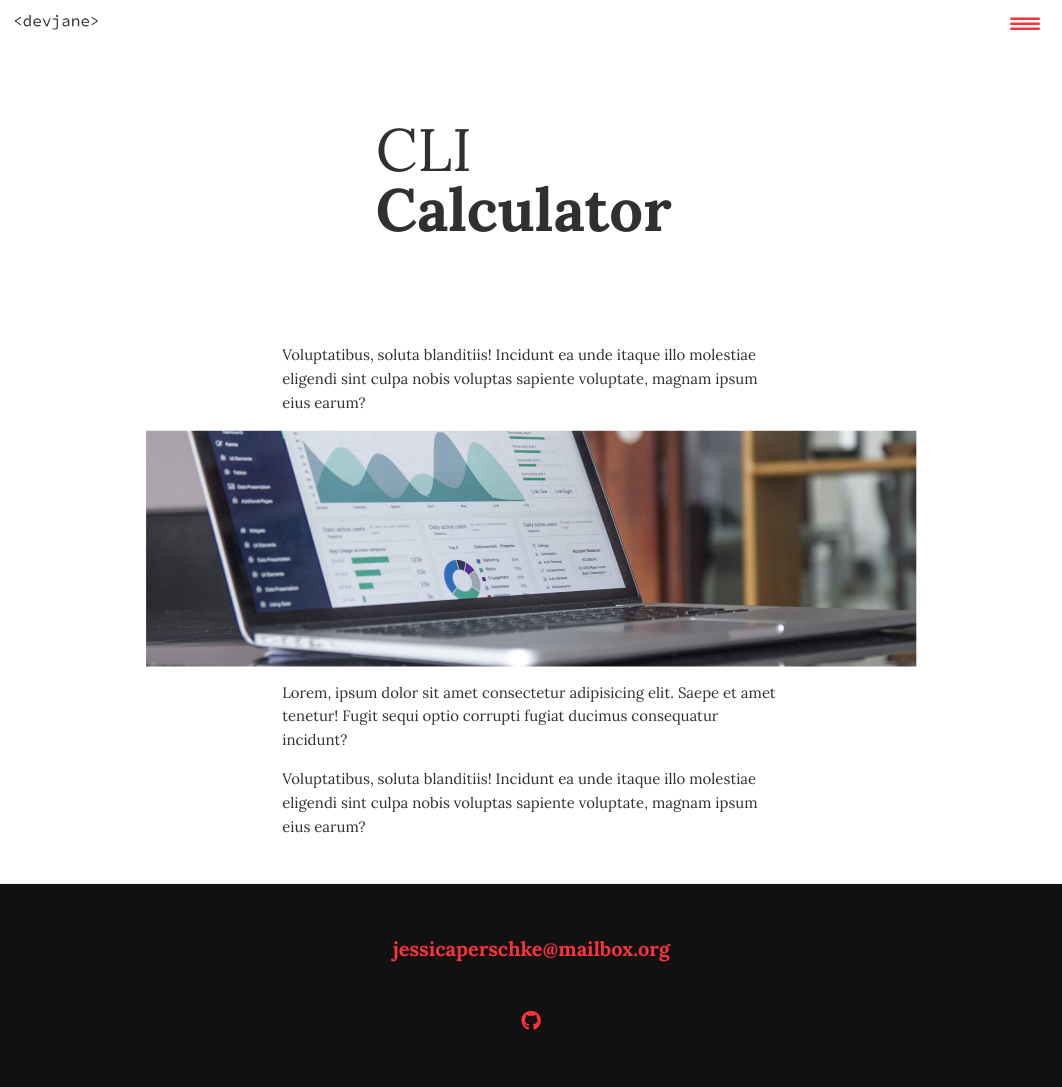
Repository: DinoDime/site
Page: portfolio-item3.html
The author's editor kept a copy of each file at every save. The page is drawn from the files as they stood at one save, then again after the next save.
The browser window is 1280 px wide. The pictures show the whole page, at 83% of full size.
Some web libraries are served in a nearby version.

Above is the page before, as saved 2021-05-03 09:48:17.

### portfolio-item3.html
<!DOCTYPE html>
<html lang="en">
  <head>
    <link
      rel="stylesheet"
      href="https://cdnjs.cloudflare.com/ajax/libs/normalize/8.0.1/normalize.css"
    />
    <meta charset="UTF-8" />
    <meta name="viewport" content="width=device-width, initial-scale=1.0" />
    <title>Jess' Portfolio</title>
    <link
      rel="stylesheet"
      href="https://cdnjs.cloudflare.com/ajax/libs/normalize/7.0.0/normalize.min.css"
    />
    <link
      rel="stylesheet"
      href="https://cdnjs.cloudflare.com/ajax/libs/font-awesome/5.11.2/css/all.css"
      integrity="sha256-46qynGAkLSFpVbEBog43gvNhfrOj+BmwXdxFgVK/Kvc="
      crossorigin="anonymous"
    />

    <!-- Update these with your own fonts -->
    <link
      href="https://fonts.googleapis.com/css?family=Lora:400,700|Roboto+Slab:400,700&display=swap"
      rel="stylesheet"
    />

    <link rel="stylesheet" href="css/style.css" />
  </head>
  <body>
    <header>
      <div class="logo">
        <img src="img/devjane.png" alt="" />
      </div>
      <!--Hamburger button-->
      <button class="nav-toggle" aria-label="toggle navigation">
        <span class="hamburger"></span>
      </button>
      <nav class="nav">
        <ul class="nav__list">
          <li class="nav__item">
            <a href="index.html" class="nav__link">Home</a>
          </li>
          <li class="nav__item">
            <a href="index.html#Skills" class="nav__link">Skills</a>
          </li>
          <li class="nav__item">
            <a href="index.html#about" class="nav__link">About me</a>
          </li>
          <li class="nav__item">
            <a href="index.html#work" class="nav__link">My Work</a>
          </li>
        </ul>
      </nav>
    </header>

    <section class="intro">
      <h1 class="section__title section__title--intro">
        CLI <strong>Calculator</strong>
      </h1>
    </section>

    <div class="portfolio-item-individual">
      <p>
        Voluptatibus, soluta blanditiis! Incidunt ea unde itaque illo molestiae
        eligendi sint culpa nobis voluptas sapiente voluptate, magnam ipsum eius
        earum?
      </p>
      <img src="img/portfolio-details.jpg" alt="" />
      <p>
        Lorem, ipsum dolor sit amet consectetur adipisicing elit. Saepe et amet
        tenetur! Fugit sequi optio corrupti fugiat ducimus consequatur incidunt?
      </p>
      <p>
        Voluptatibus, soluta blanditiis! Incidunt ea unde itaque illo molestiae
        eligendi sint culpa nobis voluptas sapiente voluptate, magnam ipsum eius
        earum?
      </p>
    </div>

    <!-- Footer -->
    <footer class="footer">
      <!-- replace with your own email address -->
      <a href="mailto:jessicaperschke@mailbox.org" class="footer__link"
        >jessicaperschke@mailbox.org</a
      >
      <ul class="social-list">
        <li class="social-list__item">
          <a class="social-list__link" href="https://github.com/jl-perschke">
            <i class="fab fa-github"></i>
          </a>
        </li>
      </ul>
    </footer>

    <script src="js/index.js"></script>
  </body>
</html>

### css/style.css
*,
*::before,
*::after {
    box-sizing: border-box;
}

/* Custom Properties, update these for your own design */

:root {
    --ff-primary: 'Lora', serif;
    --ff-secondary: 'Roboto Slab', serif;

    --fw-reg: 400;
    --fw-bold: 700;

    --clr-light: #fff;
    --clr-dark: #303030;
    --clr-accent: #f8333c;

    --fs-h1: 3rem;
    --fs-h2: 2.25rem;
    --fs-h3: 1.25rem;
    --fs-body: 1rem;

    --bs: 0.25em 0.25em 0.75em rgba(0,0,0,.25),
          0.125em 0.125em 0.25em rgba(0,0,0,.15);
}

@media (min-width: 800px) {
    :root {
        --fs-h1: 4.5rem;
        --fs-h2: 3.75rem;
        --fs-h3: 1.5rem;
        --fs-body: 1.125rem;
    }
}

/* General styles */

/* endable this to add smooth scrolling */
/* html {
    scroll-behavior: smooth;
} */


body {
    background: var(--clr-light);
    color: var(--clr-dark);
    margin: 0;
    font-family: var(--ff-primary);
    font-size: var(--fs-body);
    line-height: 1.6;
}

section {
    padding: 5em 2em;
}

img {
    display: block;
    max-width: 100%;
}

strong { font-weight: var(--fw-bold) }

:focus {
    outline: 3px solid var(--clr-accent);
    outline-offset: 3px;
}

/* Buttons */

.btn {
    display: inline-block;
    padding: .5em 2.5em;
    background: var(--clr-accent);
    color: var(--clr-dark);
    text-decoration: none;
    cursor: pointer;
    font-size: .8rem;
    text-transform: uppercase;
    letter-spacing: 2px;
    font-weight: var(--fw-bold);
    transition: transform 200ms ease-in-out;
}

.btn:hover {
    transform: scale(1.1);
}

/* Typography */

h1,
h2,
h3 {
    line-height: 1;
    margin: 0;
}

h1 { font-size: var(--fs-h1) }
h2 { font-size: var(--fs-h2) }
h3 { font-size: var(--fs-h3) }


.section__title {
    margin-bottom: .25em;
}

.section__title--intro {
    font-weight: var(--fw-reg);
}

.section__title--intro strong {
    display: block;
}

.section__subtitle {
    margin: 0;
    font-size: var(--fs-h3);
}

.section__subtitle--intro,
.section__subtitle--about {
    background: var(--clr-accent);
    padding: .25em 1em;
    font-family: var(--ff-secondary);
    margin-bottom: 1em;
}

.section__subtitle--work {
    color: var(--clr-accent);
    font-weight: var(--fw-bold);
    margin-bottom: 2em;
}

/* header */

header {
    display: flex;
    justify-content: space-between;
    padding: 1em;
}

.logo {
    max-width: 100px;
}

.nav {
    position: fixed;
    background: var(--clr-dark);
    color: var(--clr-light);
    top: 0;
    bottom: 0;
    left: 0;
    right: 0;
    z-index: 100;

    transform: translateX(100%);
    transition: transform 250ms cubic-bezier(.5, 0, .5, 1);
}

.nav__list {
    list-style: none;
    display: flex;
    height: 100%;
    flex-direction: column;
    justify-content: space-evenly;
    align-items: center;
    margin: 0;
    padding: 0;
}

.nav__link {
    color: inherit;
    font-weight: var(--fw-bold);
    font-size: var(--fs-h2);
    text-decoration: none;
}

.nav__link:hover {
    color: var(--clr-accent);
}

.nav-toggle {
    padding: .5em;
    background: transparent;
    border: 0;
    cursor: pointer;
    position: absolute;
    right: 1em;
    top: 1em;
    z-index: 1000;
}

.nav-open .nav {
    transform: translateX(0);
}

.nav-open .nav-toggle {
    position: fixed;
}

.nav-open .hamburger {
    transform: rotate(.625turn);
}

.nav-open .hamburger::before {
    transform: rotate(90deg) translateX(-6px);
}

.nav-open .hamburger::after {
    opacity: 0;
}






.hamburger {
    display: block;
    position: relative;
}

.hamburger,
.hamburger::before,
.hamburger::after {
    background: var(--clr-accent);
    width: 2em;
    height: 3px;
    border-radius: 1em;
    transition: transform 250ms ease-in-out;
}


.hamburger::before,
.hamburger::after {
    content: '';
    position: absolute;
    left: 0;
    right: 0;
}

.hamburger::before { top: 6px; }
.hamburger::after { bottom: 6px; }


/*  Intro section  */

.intro {
    position: relative;
}

.intro__img {
    box-shadow: var(--bs);
}

.section__subtitle--intro {
    display: inline-block;
}

@media (min-width: 600px) {
    .intro {
        display: grid;
        width: min-content;
        margin: 0 auto;
        grid-column-gap: 1em;
        grid-template-areas:
            "img title"
            "img subtitle";
        grid-template-columns: min-content max-content;
    }

    .intro__img {
        grid-area: img;
        min-width: 250px;
        position: relative;
        z-index: 2;
    }

    .section__subtitle--intro {
        align-self: start;
        grid-column: -1 / 1;
        grid-row: 2;
        text-align: right;
        position: relative;
        left: -1.5em;
        width: calc(100% + 1.5em);
    }
}



/*  My services section  */

.my-services {
    background-color: var(--clr-dark);
    background-image: url(../img/services-bg.jpg);
    background-size: cover;
    /* background-blend-mode: multiply; */
    color: var(--clr-light);
    text-align: center;
}

.section__title--services {
    color: var(--clr-accent);
    position: relative;
}

.section__title--services::after {
    content: '';
    display: block;
    width: 2em;
    height: 1px;
    margin: 0.5em auto 1em;
    background: var(--clr-light);
    opacity: 0.25;
}

.services {
    margin-bottom: 4em;
}

.service {
    max-width: 500px;
    margin: 0 auto;
}

@media (min-width: 800px) {
    .services {
        display: flex;
        max-width: 1000px;
        margin-left: auto;
        margin-right: auto;
    }

    .service + .service {
        margin-left: 2em;
    }
}


.about-me {
    max-width: 1000px;
    margin: 0 auto;
}

.about-me__img {
    box-shadow: var(--bs);
}

@media (min-width: 600px) {
    .about-me {
        display: grid;
        grid-template-columns: 1fr 200px;
        grid-template-areas:
            "title img"
            "subtitle img"
            "text img";
        grid-column-gap: 2em;
    }

    .section__title--about {
        grid-area: title;
    }

    .section__subtitle--about {
        grid-column: 1 / -1;
        grid-row: 2;
        position: relative;
        left: -1em;
        width: calc(100% + 2em);
        padding-left: 1em;
        padding-right: calc(200px + 4em);
    }

    .about-me__img {
        grid-area: img;
        position: relative;
        z-index: 2;
    }
}

/* My Work */

.my-work {
    background-color: var(--clr-dark);
    color: var(--clr-light);
    text-align: center;
}

.portfolio {
    display: grid;
    grid-template-columns: repeat(auto-fit, minmax(300px, 1fr));
}

.portfolio__item {
    background: var(--clr-accent);
    overflow: hidden;
}

.portfolio__img {
    transition:
        transform 750ms cubic-bezier(.5, 0, .5, 1),
        opacity 250ms linear;
}

.portfolio__item:focus {
    position: relative;
    z-index: 2;
}

.portfolio__img:hover,
.portfolio__item:focus .portfolio__img {
    transform: scale(1.2);
    opacity: .5;
}


/* footer */

.footer {
    background: #111;
    color: var(--clr-accent);
    text-align: center;
    padding: 2.5em 0;
    font-size: var(--fs-h3);

}

.footer a {
    color: inherit;
    text-decoration: none;
}

.footer__link {
    font-weight: var(--fw-bold);
}

.footer__link:hover,
.social-list__link:hover {
    opacity: .7;
}

.footer__link:hover {
    text-decoration: underline;
}

.social-list {
    list-style: none;
    display: flex;
    justify-content: center;
    margin: 2em 0 0;
    padding: 0;
}

.social-list__item {
    margin: 0 .5em;
}

.social-list__link {
    padding: .5em;
}


/* Individual portfolio item styles */

.portfolio-item-individual {
    padding: 0 2em 2em;
    max-width: 1000px;
    margin: 0 auto;
}

.portfolio-item-individual p {
    max-width: 600px;
    margin-left: auto;
    margin-right: auto;
}

Loaded but not shown: js/index.js (common file)

After the next save:
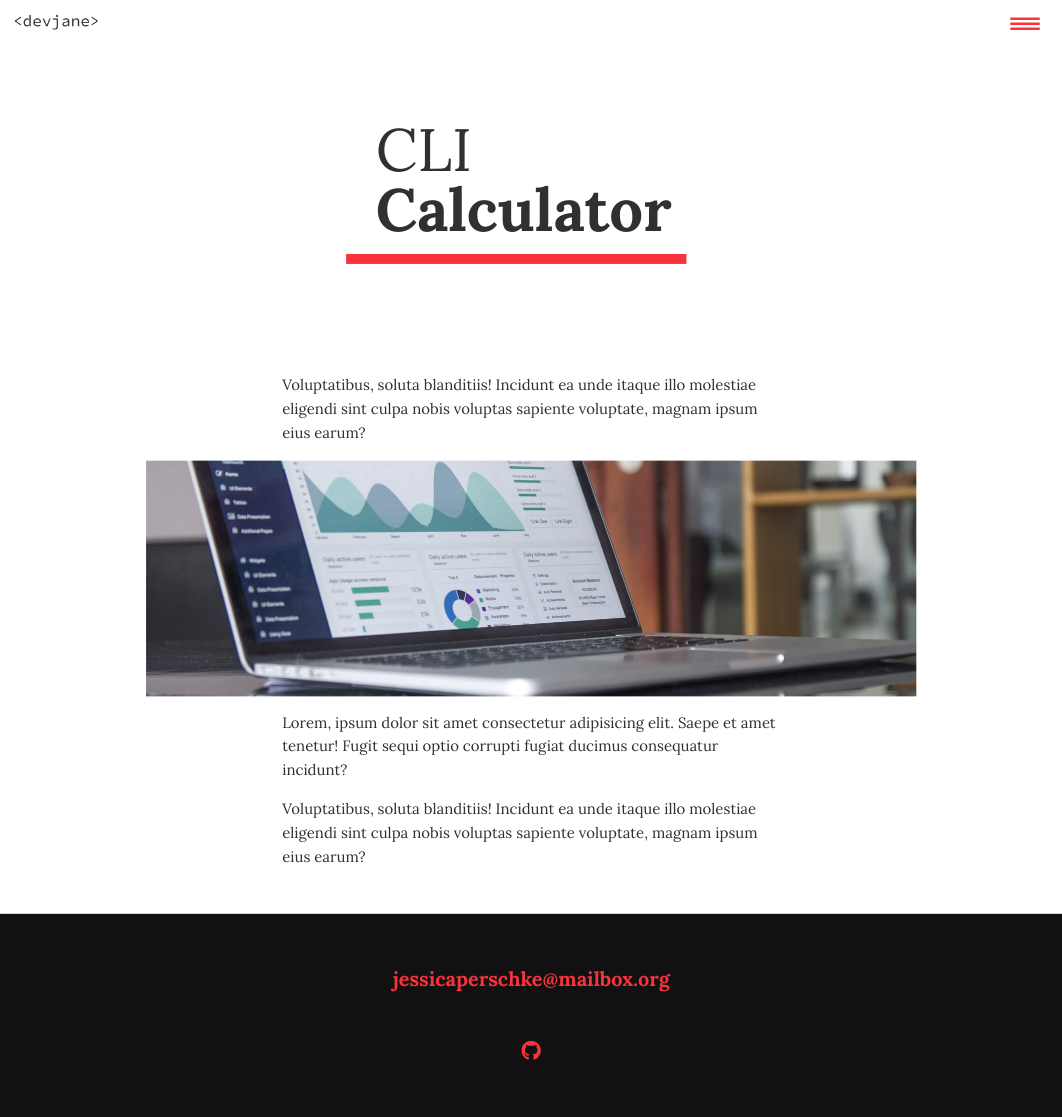
Saved 11 s later.
--- a/portfolio-item3.html
+++ b/portfolio-item3.html
@@ -58,6 +58,7 @@
       <h1 class="section__title section__title--intro">
         CLI <strong>Calculator</strong>
       </h1>
+      <p class="section__subtitle section__subtitle--intro"></p>
     </section>
 
     <div class="portfolio-item-individual">
